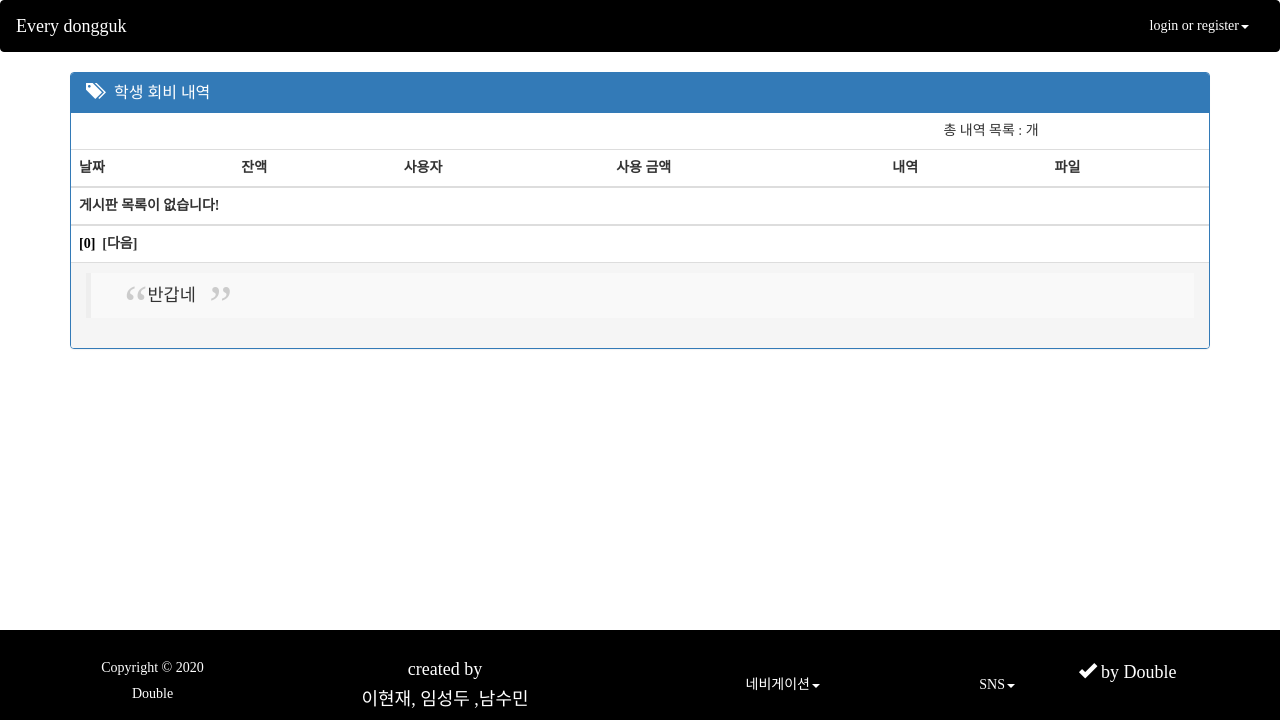
Repository: CSID-DGU/2020-1-ESCD-DOUBLE
Page: http://localhost/web/WEB-INF/views/bank/blistall.jsp
The author's editor kept a copy of each file at every save. The page is drawn from the files as they stood at one save, then again after the next save.
The browser window is 1280 px wide. The pictures show the whole page.
Some web fonts or font styles are not loaded; a fallback is used. Some web libraries are served in a nearby version. The page is served by Tomcat 9. Nobody is signed in. Other server files are loaded and not shown. The template is opened directly, without the code that normally fills it, so the values that code supplies are empty.

Above is the page before, as saved 2020-05-10 14:32:52.

### web/src/main/webapp/WEB-INF/views/bank/blistall.jsp
<%@ page language="java" contentType="text/html; charset=EUC-KR"
    pageEncoding="EUC-KR"%>
    <%@ taglib prefix="c" uri="http://java.sun.com/jsp/jstl/core"%>
<!DOCTYPE html>
<html>
<head>
<link rel="stylesheet" href="resources/css/bootstrap.css">
<link rel="stylesheet" href="resources/css/customize.css">
<link rel="stylesheet" href="resources/css/template.css">
<script src="https://code.jquery.com/jquery-3.1.1.min.js"></script>
<script src="resources/js/bootstrap.js"></script>

<meta charset="EUC-KR">
<title>Insert title here</title>
<style>

blockquote{
background:#f9f9f9;
border-left:10px solid #cccccc;
margin: 1.5em 10px;
padding: 0.5em 10px;
quotes: "\201C""\201D""\2018""\2019"
}
blockquote:before{
color:#cccccc;
content:open-quote;
font-size:3em;
line-height:0.1em;
margin-left:0.25em;
vertical-align:-0.4em;
}
blockquote:after{
color:#cccccc;
content:close-quote;
font-size:3em;
line-height:0.1em;
margin-left:0.25em;
vertical-align:-0.4em;
}


</style>
</head>
<body>

<%@include file="../template/header.jsp"%>
<div class="container">
	<div class="row">
		<div class="col-xs-12">
		<div class="panel panel-primary">
		<div class="panel-heading">
			<h3 class="panel-title">
				<span class="glyphicon glyphicon-tags"></span>
				&nbsp;&nbsp;학생 회비 내역
			</h3>
		</div>

		<table class="table">
			<thead>
			  <tr>
  				<td colspan="5" align="right"> 총 내역 목록 : <b>${totalCount }</b>개
  			</tr>
			<tr>
			<th>날짜</th>	<th>잔액</th>	<th>사용자</th>	<th>사용 금액</th><th>내역</th><th>파일</th>
			</tr>
			</thead>
			<tbody>
	  <c:if test="${!empty bl }">
   <c:forEach var= "list" items="${bl }">
   <tr>
    <th>${list.getBdate() }</th><input type="hidden" name="Bdate">
    <th>${list.getBrest() }</th><input type="hidden" name="Brest">
    <th>${list.getBuser() }</th><input type="hidden" name="Buser">
    <th>${list.getBinout() }</th><input type="hidden" name="Binout">
    <th>${list.getBmemo() }</th><input type="hidden" name="Bmemo">
    <th><a href="/web/downloadFile?fname=${list.getFname() }  ">${list.getFname() }  </a><br>


    </th>
  </tr></c:forEach></c:if>

    <c:if test="${empty bl }">
  <tr>
   <th colspan="5">게시판 목록이 없습니다!</th></tr></c:if>
			</tbody>
	<center><tr>
   		<th colspan="5">
   			<c:if test="${page<=1 }">
   				[이전]&nbsp;
   			</c:if>
   			<c:if test="${page>1 }">
   				<a href="/web/blistall?page=${page-1 }">[이전]</a>&nbsp;
   			</c:if>

   			<%--현재쪽 번호 출력 --%>
   			<c:forEach var="a" begin="${startpage }" end="${endpage }" step="1">
   				<c:if test="${a==page }"><%--현재 쪽번호가 선택된 경우는 링크 없어도됨 --%>
   					 <${a }>
   				</c:if>
   				<c:if test="${a!=page}">
   					<a href="/web/blistall?page=${a }">[${a }]</a>&nbsp;

   				</c:if>
   			</c:forEach>
   			<c:if test="${page>=endpage }"><!-- maxpage =>endpage로바꾸면..? -->
   			[다음]
   			</c:if>
   			<c:if test="${page<endpage }">
   			<a href="/web/blistall?page=${page+1 }">[다음]</a>
   			</c:if>

   		</th>
   </tr></center>
		</table>
			<div class="panel-footer">
					<blockquote>반갑네</blockquote>
			</div>

		</div></div>
	</div>
</div>

<div class="footer">
<%@include file="../template/footer.jsp"%></div>
</body>
</html>

### web/src/main/webapp/WEB-INF/views/template/header.jsp
<%@ page language="java" contentType="text/html; charset=EUC-KR"
    pageEncoding="EUC-KR"%>
<!DOCTYPE html>
<html>
<head>
<meta charset="EUC-KR">
<title>Insert title here</title>
<link rel="stylesheet" href="resources/css/bootstrap.css">
<link rel="stylesheet" href="resources/css/customize.css">
</head>
<body>
<script src="https://code.jquery.com/jquery-3.1.1.min.js"></script>
<script src="resources/js/bootstrap.js"></script>
<%@taglib prefix= "c" uri= "http://java.sun.com/jsp/jstl/core" %>
<nav class="navbar navbar-default">
	<div class="container-fluid">

		<div class="navbar-header">
			<button type="button" class="navbar-toggle collapsed" data-toggle="collapse"
			data-target="#bs-example-navbar-collapse-1" aria-expanded="false"><!-- 크기를 줄였을때 나타나는 버튼 -->
				<span class="sr-only"></span>
				<span class="icon-bar"></span>
				<span class="icon-bar"></span>
				<span class="icon-bar"></span>
			</button>
			<a class="navbar-brand" href="index">Every dongguk</a>
		</div>

		<div class="collapse navbar-collapse" id="bs-example-navbar-collapse-1"><!-- 네비 중간 대부분을 차지함 -->

			<ul class="nav navbar-nav navbar-right">
				<li class="dropdown">
					<a href="#" class="dropdown-toggle" data-toggle="dropdown" role="button"
					aria-haspopup="true" aria-expanded="false"><c:if test="${empty Sid }">login or register</c:if><c:if test="${not empty Sid }">${Sid } 님 환영합니다.</c:if><span class="caret"></span></a>
					<ul class="dropdown-menu">

					<c:choose>
					<c:when test="${empty Sid }">
						<li><a href="login_form">로그인</a></li>
						<li><a href="register_form">회원가입</a></li>
					</c:when>
					<c:otherwise>
						<li><a href="logout">로그아웃</a></li>
						<li><a href="mypage">마이페이지(${Sid})</a></li>
						</c:otherwise>
						</c:choose>

					</ul>

				</li>
			</ul>

		</div>
	</div>
</nav>



</body>
</html>

### web/src/main/webapp/WEB-INF/views/template/footer.jsp
<%@ page language="java" contentType="text/html; charset=EUC-KR"
    pageEncoding="EUC-KR"%>
<!DOCTYPE html>
<html>
<head>
<meta charset="EUC-KR">
<title>Insert title here</title>
<link rel="stylesheet" href="resources/css/bootstrap.css">
<link rel="stylesheet" href="resources/css/customize.css">

</head>
<body>
<script src="https://code.jquery.com/jquery-3.1.1.min.js"></script>
<script src="resources/js/bootstrap.js"></script>

<style type="text/css">
#footul ,#footul2{
color:white;}
#footul:hover ,#footul2:hover{

background-color:black;


}
#footul:focus,#footul2:hover{
background-color:black;}

</style>

<footer style="background-color: #000000;color:#ffffff">
	<div class="container">
		<br>
		<div class="row">
			<div class="col-sm-2" style="text-align: center;"><h5>Copyright &copy; 2020</h5><h5>Double </h5></div>
			<div class="col-sm-4"><h4>created by<h4><p>이현재, 임성두 ,남수민</p></div>
			<div class="col-sm-2"><h4 style="text-align:center;"></h4>

						<ul class="nav navbar-nav navbar-right">
				<li class="dropdown">
					<a href="#" class="dropdown-toggle" data-toggle="dropdown" role="button"
					aria-haspopup="true" aria-expanded="false" id="footul">네비게이션<span class="caret"></span></a>
					<ul class="dropdown-menu">
						<li><a href="#">냐옹</a></li>
						<li><a href="#">멍멍</a></li>
					</ul>

				</li>
			</ul>
			</div>
			<div class="col-sm-2"><h4 style="text-align:center;"></h4>



							<ul class="nav navbar-nav navbar-right">
				<li class="dropdown">
					<a href="#" class="dropdown-toggle" data-toggle="dropdown" role="button"
					aria-haspopup="true" aria-expanded="false" id="footul2">SNS<span class="caret"></span></a>
					<ul class="dropdown-menu">
						<li><a href="#">뭔가 개발자 이메일 보내기?</a></li>
						<li><a href="#">뭐 그런거...</a></li>
					</ul>

				</li>
			</ul>

			</div>
			<div class="col-sm-2"><h4 style="text-align:center;"><span class="glyphicon glyphicon-ok"></span>&nbsp;by Double</h4></div>
	</div>


</div>
</footer>


</body>
</html>

### web/src/main/webapp/resources/css/customize.css
@import url(http://fonts.googleapis.com/earlyaccess/nanumgothic.css);
*{font-family:'Nanum Gothic';}
a{
	color:#000000;
	text-decoration:none;
}
a:hover{
	color:#bbbbbb;
	text-decoration:none;
	cursor:pointer;
}
.navbar-default{/*까만색!*/
	background-color:#000000;
	border-color:#000000;
}
.navbar-default .navbar-brand{
	color:#ffffff;/*하얀색!*/
}
.navbar-default .navbar-brand:hover,
.navbar-default .navbar-brand:focus{
	background-color:transparent;
	color:#bbbbbb;
}
.navbar-default .navbar-nav> .active>a,
.navbar-default .navbar-nav> .active>a:hover,
.navbar-default .navbar-nav> .active>a:focus{
	color:white;
	background-color:#000000;
}
.navbar-default .navbar-nav> li>a:hover,
.navbar-default .navbar-nav> li>a:focus{
	color:#bbbbbb;
}
.navbar-default .navbar-nav> .open>a,
.navbar-default .navbar-nav> .open>a:hover,
.navbar-default .navbar-nav> .open>a:focus{
	color:#000000;
	background-color:#ffffff;
	text-decoration:none;
}
.navbar-default .navbar-nav>li>a{
	color:white;
}
@media(max-width:767px){
	.navbar-default .navbar-nav .open .dropdown-menu>li>a{
	color:#ffffff;}
	.navbar-default .navbar-nav .open .dropdown-menu>li>a:hover,
	.navbar-default .navbar-nav .open .dropdown-menu>li>a:focus{
	color:#bbbbbb;}

}

### web/src/main/webapp/resources/css/template.css
@charset "UTF-8";

.footer {

position: absolute;
left: 0;
bottom: 0;
width: 100%;
text-align: center;
color: white;
}
.body {
		background-image : url('resources/images/dgu.JPG');
		background-repeat : no-repeat;
		background-size : cover;


}

Loaded but not shown: web/src/main/webapp/resources/css/bootstrap.css (library); web/src/main/webapp/resources/js/bootstrap.js (library)

After the next save:
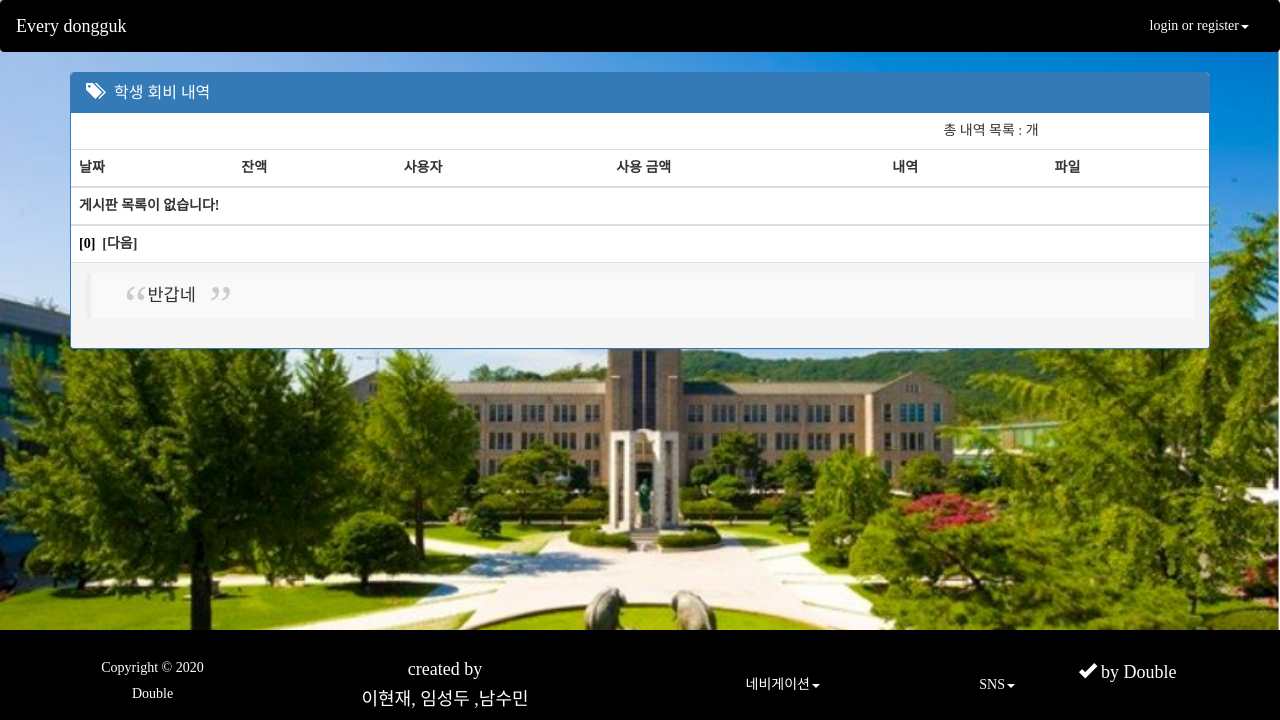
Saved 12 s later.
--- a/web/src/main/webapp/resources/css/template.css
+++ b/web/src/main/webapp/resources/css/template.css
@@ -9,7 +9,7 @@
 text-align: center;
 color: white;
 }
-.body {
+body {
 		background-image : url('resources/images/dgu.JPG');
 		background-repeat : no-repeat;
 		background-size : cover;

After the save that followed:
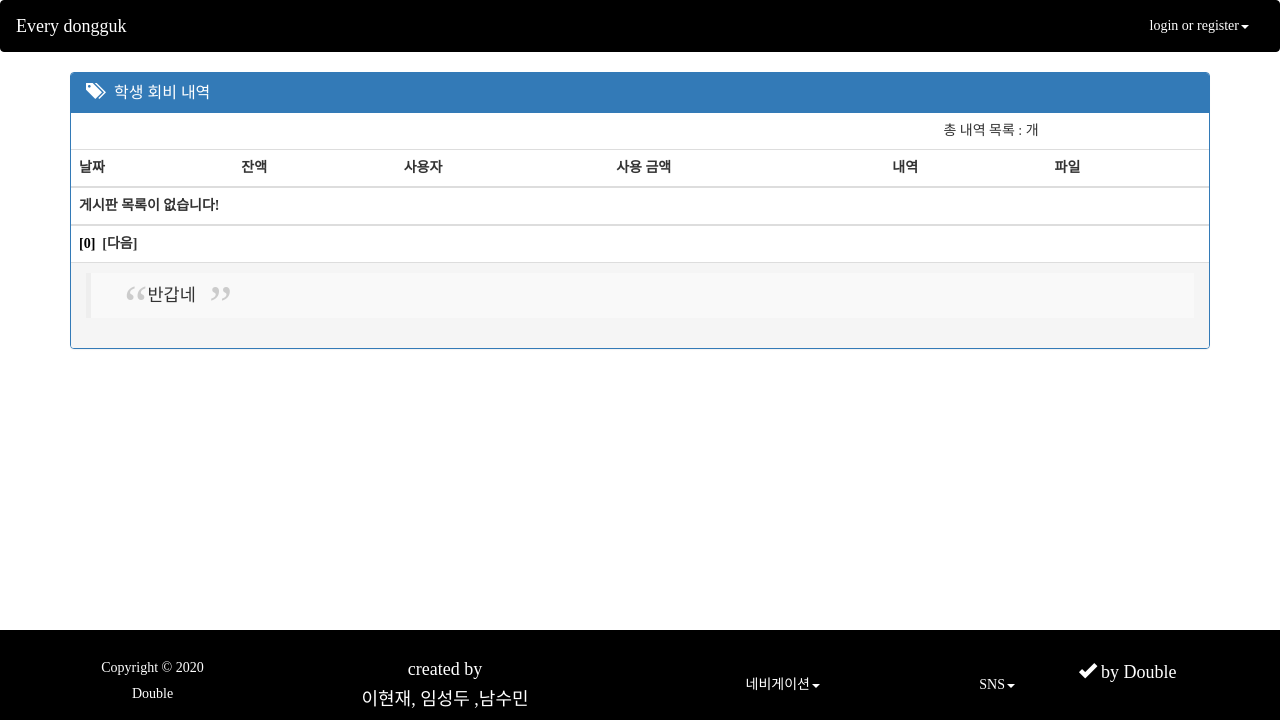
Saved 5 s later.
--- a/web/src/main/webapp/resources/css/template.css
+++ b/web/src/main/webapp/resources/css/template.css
@@ -9,7 +9,7 @@
 text-align: center;
 color: white;
 }
-body {
+.body {
 		background-image : url('resources/images/dgu.JPG');
 		background-repeat : no-repeat;
 		background-size : cover;
